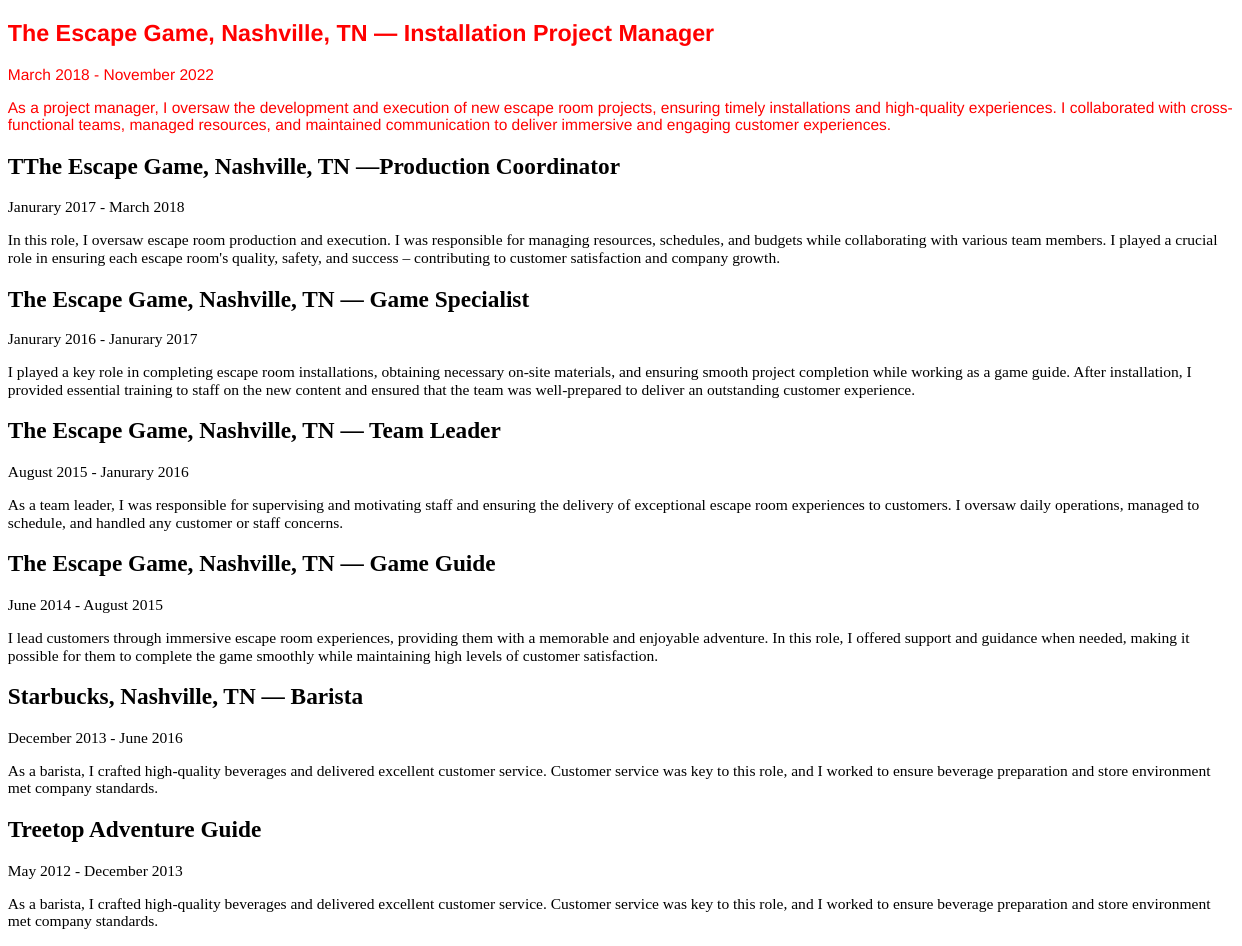
Repository: jgramirez0210/LAB-HTML-Resume
Page: index.html
An editor plug-in stored every save of this project. The page is shown before and after a run of saves, followed by the edit.
The browser window is 1280 px wide. The pictures show the whole page, at 97% of full size.

Above is the page before, as saved 2023-10-10 15:08:04.

After the next 4 saves:
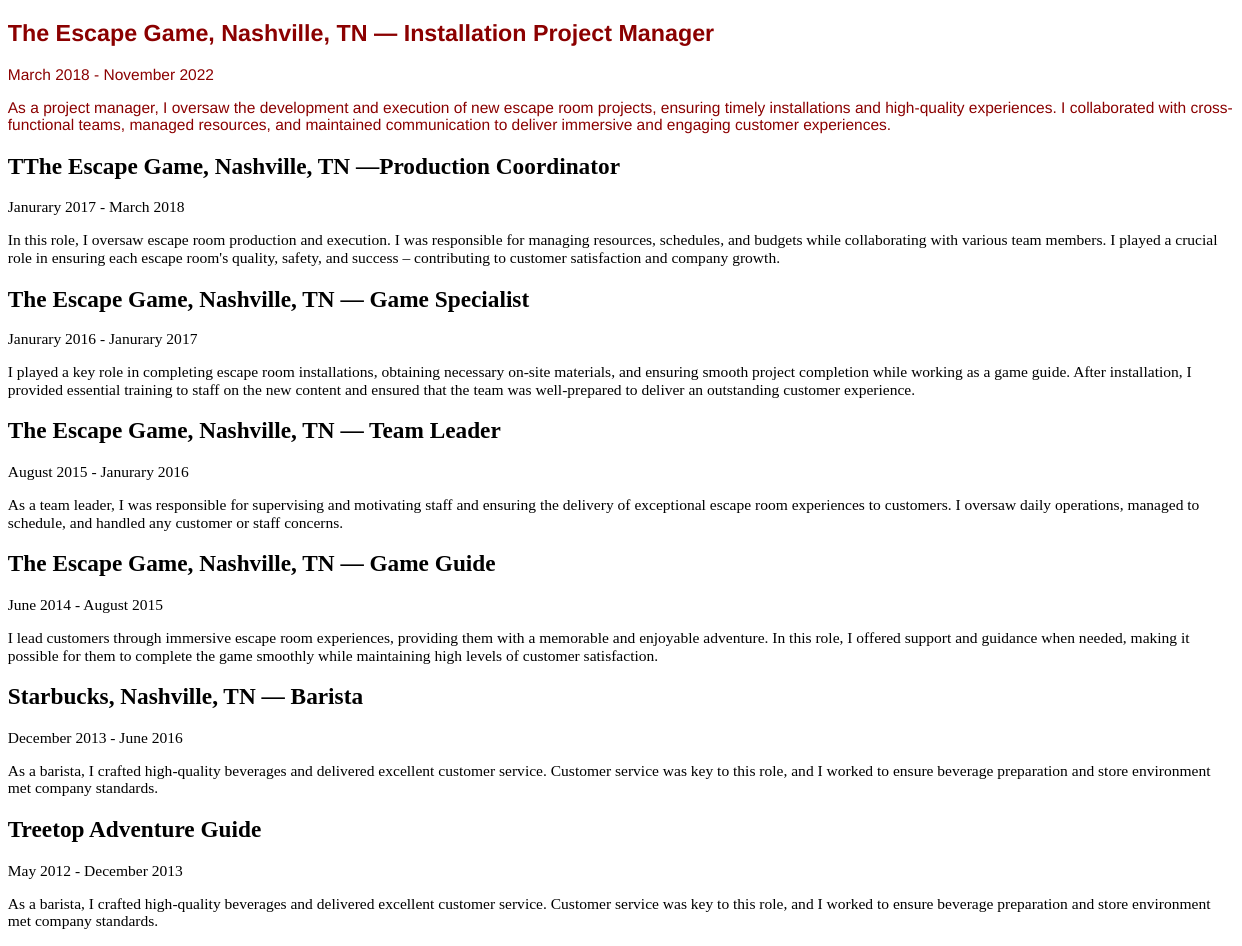
The 4 saves are shown as one change because they came seconds apart.
The last was saved 56 s later.
--- a/main.css
+++ b/main.css
@@ -1,4 +1,4 @@
 #job7 {
   font-family:'Franklin Gothic Medium', 'Arial Narrow', Arial, sans-serif;
-  color: red;
+  color: #8b0000;
 }
